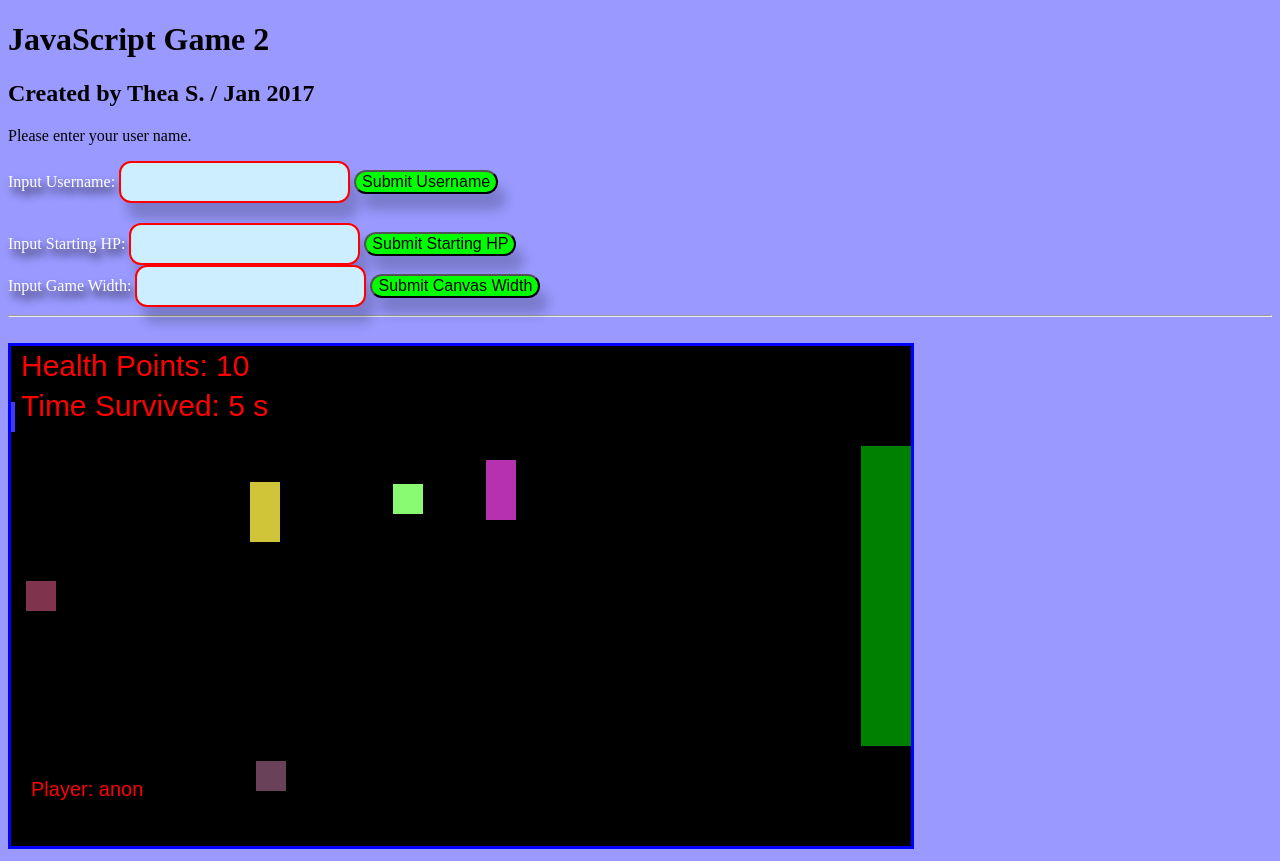
Repository: m-rabbit/b1_sukianto_code
Page: websites/JS_Game_02/index.html
An editor plug-in stored every save of this project. The page is shown before and after a run of saves, followed by the edit.
The browser window is 1280 px wide. The pictures show the whole page.

Above is the page before, as saved 2017-03-02 15:55:15.

### websites/JS_Game_02/index.html
<!DOCTYPE html>
<html>
	<head>
		<title>JavaScript Game 2</title>
		<style>
			body {
				background-color: #9999ff;
			}
			canvas {
				border: 3px solid blue;
				background-color: #000000;
			}
			.button01 {
				background-color: #00FF00;
				color: black;
				font-size: 16px;
				border-radius: 12px;
				box-shadow: 8px 16px 12px rgba(0,0,0,0.2);
			}
			.inputBox {
				background-color: #cceeff;
				font-size: 16px;
				padding: 10px;
				border-radius: 12px;
				border: 2px solid #FF0000;
				box-shadow: 8px 16px 12px rgba(0,0,0,0.2);
			}
			.InputLabels {
				display: inline;
				font-size: 16px;
				color: #FFFFFF;
				text-shadow: 4px 6px 8px rgb(0,0,0);
			}
		</style>
	</head>
	<body>
		<h1>JavaScript Game 2</h1>
		<h2>Created by Thea S. / Jan 2017</h2>

		<p>Please enter your user name.</p>

		<p class="InputLabels">Input Username:</p>
		<input id="userName" class="inputBox" type="text">
		<button type="button" class="button01" onclick="addUserName()">Submit Username</button>
		<h2 id="showUserName"></h2>

		<p class="InputLabels">Input Starting HP:</p>
		<input id="startingHP" class="inputBox" type="text">
		<button type="button" class="button01" onclick="getStartingHP()">Submit Starting HP</button>
		<br>
		<p class="InputLabels">Input Game Width:</p>
		<input id="inputCanvasWidth" class="inputBox" type="text">
		<button type="button" class="button01" onclick="updateCanvasWidth()">Submit Canvas Width</button>

		<br>
		<hr>
		<br>

		<canvas id="ctx" width="900" height="500"></canvas>
		<script src="js/gametwo.js">
		</script>
	</body>
</html>

### websites/JS_Game_02/js/gametwo.js
var ctx = document.getElementById("ctx").getContext("2d");

var ctxWidth = 900;
var ctxHeight = 500;
var rtSpacing = 30;
var bottomSpacing = 10;
var topSpacing = 30;
var nameOfUser = "anon";

var appleRed = "#FF0000";
var skyBlue = "#0000FF";
var grassGreen = "#00FF00";
var canaryYellow = "#FFFF00";
var myBlack = "#000000";
var myPink = "rgba(255, 102, 153, 0.5)";

var enemyList = {};

var timeWhenGameStarted = Date.now();

// player as an object
var player = {
	x : 30,
	spdX : 3,
	y : 250,
	spdY : 7,
	name : "P",
	font : '30px Arial',
	wallFont : '60px Arial',
	topBottomFont : '10px Arial',
	color : myPink,
	colorWall : appleRed,
	colorTopBottom : skyBlue,
	highPoints : 10,
	w: 30,
	h: 30
};
// end of player

// this is a "Constructor"
Enemy = function(id, passX, passY, passName, passFont, passWallFont, passTopBottomFont, passColor, passWidth, passHeight) {

	var enemy = {
		id : id,
		x : passX,
		spdX : getRandomIntInclusive(1, 200),
		y : passY,
		spdY : getRandomIntInclusive(1, 200),
		name : passName,
		font : passFont,
		wallFont : passWallFont,
		topBottomFont : passTopBottomFont,
		color : passColor,
		w: passWidth,
		h: passHeight
	};

	enemyList[id] = enemy;

};

function getRandomIntInclusive(min, max) {
	min = Math.ceil(min);
	max = Math.floor(max);
	return Math.floor(Math.random() * (max - min + 1)) + min;
}

// end of Enemy() constructor

function addUserName() {
	//var message;

	nameOfUser = document.getElementById("userName").value;
	//message = "User name has been entered as " + nameOfUser;
	//document.getElementById("showUserName").innerHTML = message;

	ctx.font = "20px Arial";
	ctx.fillStyle = "#FF0000";
	ctx.fillText("Player: " + nameOfUser, 20, 250);
}

function getStartingHP() {
	player.highPoints = document.getElementById("startingHP").value;
	//message = "User name has been entered as " + nameOfUser;
	//document.getElementById("showUserName").innerHTML = message;
}

function updateCanvasWidth() {
	var message;

	ctxWidth = document.getElementById("inputCanvasWidth").value;

	if(isNaN(ctxWidth) || ctxWidth < 500 || ctxWidth > 900) {
		message = "Input not valid, you entered " + ctxWidth;
	}
	else {
		message = "Valid input! Setting canvas width to " + ctxWidth;
	}

	alert(message);

	document.getElementById("ctx").width = ctxWidth;
}

getDistanceBetweenEntity = function(entity1, entity2) {
	var dx = entity1.x - entity2.x;
	var dy = entity1.y - entity2.y;
	return Math.sqrt(dx * dx + dy * dy);

};

testCollisionRectRect = function(rect1, rect2) {
	return rect1.x <= rect2.x + rect2.width
	&& rect2.x <= rect1.x + rect1.width
	&& rect1.y <= rect2.y + rect2.height
	&& rect2.y <= rect1.y + rect1.height;
};

testCollisionEntity = function(entity1, entity2) {
	var rect1 = {
		x: entity1.x,
		y: entity1.y,
		width: entity1.w,
		height: entity1.h
	};

	var rect2 = {
		x: entity2.x,
		y: entity2.y,
		width: entity2.w,
		height: entity2.h
	};
	return testCollisionRectRect(rect1, rect2);
};

document.onmousemove = function(mouse) {
	var mouseX = mouse.clientX;
	var mouseY = mouse.clientY;
	console.log("mouse x,y: " + mouseX + "," + mouseY);
	player.x = mouseX - 12;
	player.y = mouseY - 300;
};
updateEntity = function(something) {
	updateEntityPosition(something);
	drawEnemy(something);
};

updateEntityPosition = function(something) {
	var red = getRandomIntInclusive(0, 255);
	var green = getRandomIntInclusive(0, 255);
	var blue = getRandomIntInclusive(0, 255);

	something.x += something.spdX;
	something.y += something.spdY;

	//flips spdX if we hit either the left or the right sides
	if (something.x >= ctxWidth - something.w  || something.x <= 0 - something.w) {// right side OR left side
		something.spdX *= -1;
		something.color = "rgb(" + red + "," + green + "," + blue + ")";
		something.font = something.wallFont;
	}

	// flip spdY if we hit either the ceiling OR the floor
	if (something.y >= ctxHeight - bottomSpacing || something.y <= topSpacing) {// || is a Boolean for "OR"
		something.spdY *= -1;
		something.color = "rgb(" + red + "," + green + "," + blue + ")";
		something.font = something.topBottomFont;
	}
};

drawPlayer = function(something) {
	ctx.save();
	ctx.font = something.font;
	ctx.fillStyle = something.color;
	//ctx.fillText(something.name, something.x, something.y);
	ctx.fillRect(something.x-something.w/2,something.y-something.h/2,something.w,something.h);
	ctx.restore();
};

drawEnemy = function(something) {
	ctx.save();
	ctx.font = something.font;
	ctx.fillStyle = something.color;
	//ctx.fillText(something.name, something.x, something.y);
	//ctx.fillRect(something.x,something.y,something.w,something.h);
	ctx.fillRect(something.x-something.w/2,something.y-something.h/2,something.w,something.h);
	ctx.restore();
};

drawUserName = function(something) {
	ctx.font = "20px Arial";
	ctx.fillStyle = "#FF0000";
	ctx.fillText("Player: " + nameOfUser, 20, ctxHeight-50);

};

update = function() {
	ctx.clearRect(0, 0, ctxWidth, ctxHeight);
	//updateEntity(player);

	drawPlayer(player);
	drawUserName();

	var timeSurvived = Date.now() - timeWhenGameStarted;
	if (timeSurvived >= 3000) {
		ctx.fillStyle = "rgba(0, 255, 0, 0.5)";
		ctx.fillRect(ctxWidth-50, 100, 50, 300);
		if(player.x >= 870 && player.y >= 100) {
			alert("You Win!");
			player.highPoints = 10;
			timeWhenGameStarted = Date.now();
		}
		for (var i in enemyList) {
			updateEntity(enemyList[i]);

			var isColliding = testCollisionEntity(player, enemyList[i]);
			if (isColliding) {
				player.highPoints--;
				//console.log("Collision!");
				if (player.highPoints < 0) {
					alert("Game Over! time = " + timeSurvived / 1000 + " s");
					player.highPoints = 10;
					timeWhenGameStarted = Date.now();
				}
			}
		};
	}

	ctx.font = "30px Arial";
	ctx.fillStyle = "#FF0000";
	ctx.fillText("Health Points: " + player.highPoints, 10, 30);
	var currentTime = Date.now() - timeWhenGameStarted;
	ctx.font = "30px Arial";
	ctx.fillStyle = "#FF0000";
	ctx.fillText("Time Survived: " + currentTime / 1000 + " s", 10, 70);

};
// end of update()

Enemy('E1', 70, 60, 'E01', '30px Arial', '60px Arial', '10px Arial', grassGreen,30,30);

Enemy('E2', 80, 50, 'E02', '60px Arial', '30px Arial', '15px Arial', grassGreen,30,60);

Enemy('E3', 75, 50, 'E03', '20px Arial', '80px Arial', '20px Arial', grassGreen,30,30);

Enemy('E4', 70, 60, 'E04', '30px Arial', '60px Arial', '10px Arial', grassGreen,30,60);

Enemy('E5', 80, 50, 'E05', '60px Arial', '30px Arial', '15px Arial', grassGreen,30,30);

setInterval(update, 100);

After the next 2 saves:
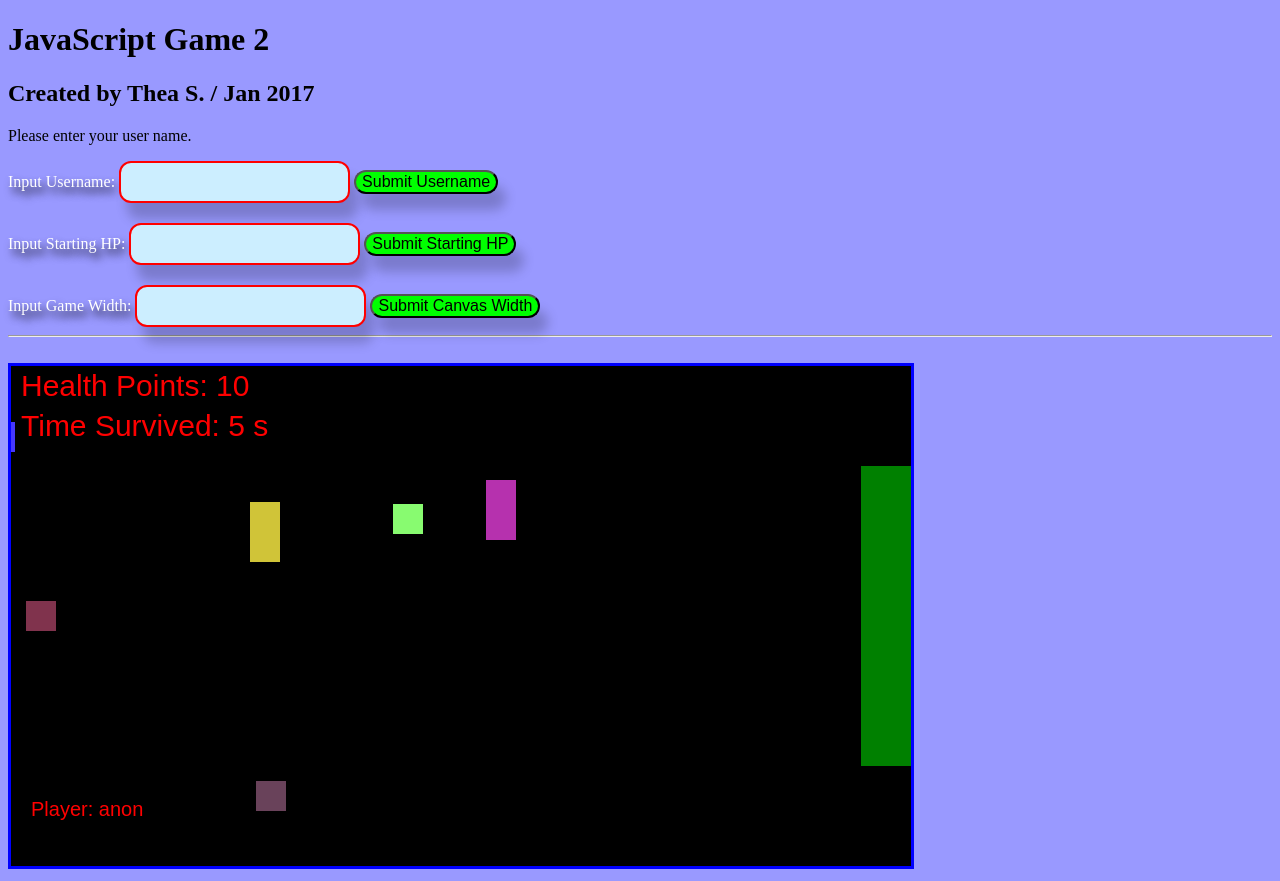
The 2 saves are shown as one change because they came seconds apart.
The last was saved 23 s later.
--- a/websites/JS_Game_02/index.html
+++ b/websites/JS_Game_02/index.html
@@ -47,7 +47,8 @@
 		<p class="InputLabels">Input Starting HP:</p>
 		<input id="startingHP" class="inputBox" type="text">
 		<button type="button" class="button01" onclick="getStartingHP()">Submit Starting HP</button>
-		<br>
+		<h2 id="showUserName"></h2>
+
 		<p class="InputLabels">Input Game Width:</p>
 		<input id="inputCanvasWidth" class="inputBox" type="text">
 		<button type="button" class="button01" onclick="updateCanvasWidth()">Submit Canvas Width</button>
